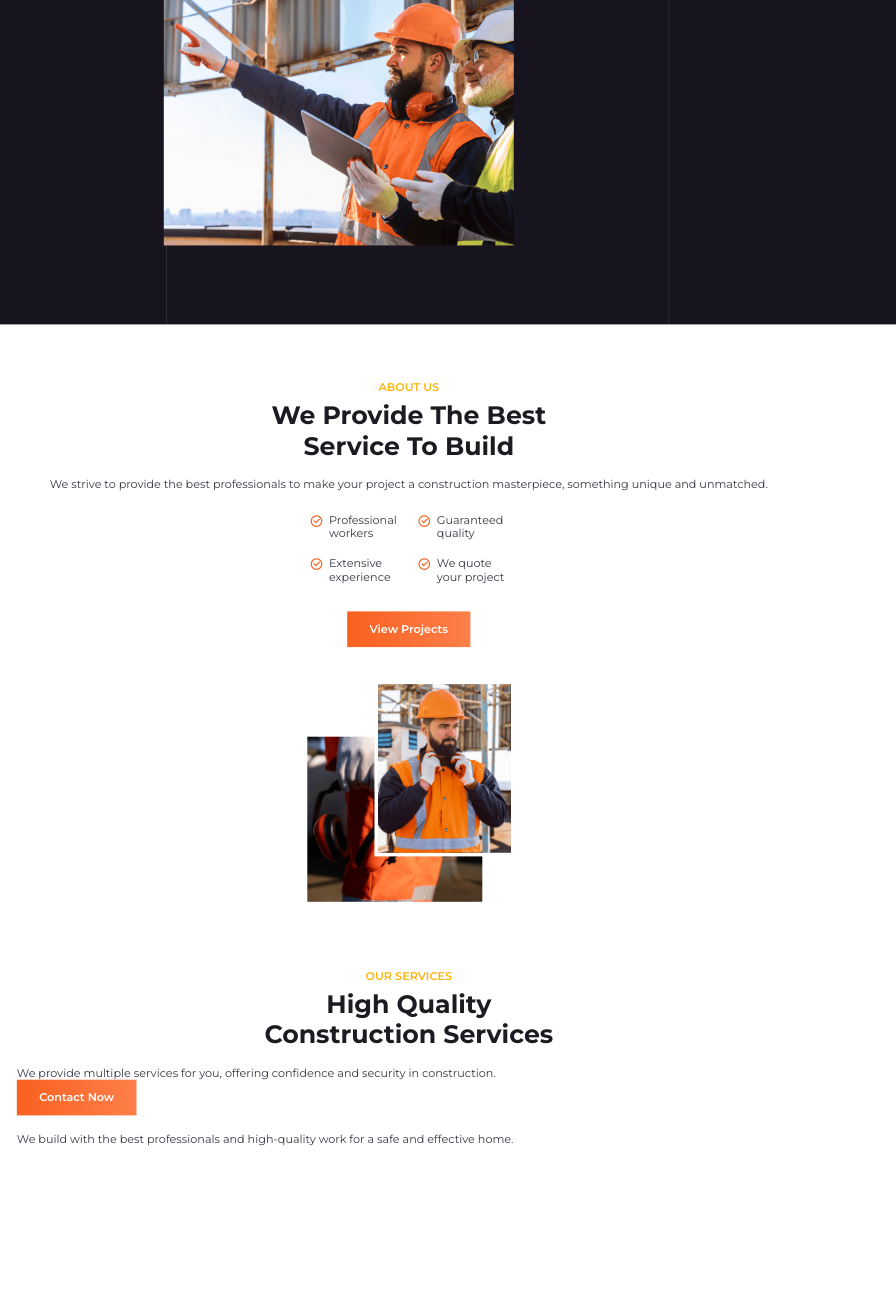
Repository: douglasabnovato/construction
Page: index.html
These files come from the project's save history. The page is drawn as it stood at one moment and after the next save; the edit follows.
The browser window is 1280 px wide. The pictures show the part of the page from y = 1359 to 3279 px (the page is 3203 px tall before and 3279 px after), at 70% of full size.

Above is the page before, as saved 2025-05-01 12:47:23.

### index.html
<!DOCTYPE html>
<html lang="en">
  <head>
    <meta charset="UTF-8" />
    <meta name="viewport" content="width=device-width, initial-scale=1.0" />

    <!--=============== FAVICON ===============-->
    <link
      rel="shortcut icon"
      href="assets/img/favicon.png"
      type="image/x-icon"
    />

    <!--=============== REMIXICONS ===============-->
    <link
      rel="stylesheet"
      href="https://cdnjs.cloudflare.com/ajax/libs/remixicon/4.2.0/remixicon.css"
    />

    <!--=============== SWIPER CSS ===============-->
    <link rel="stylesheet" href="" />

    <!--=============== CSS ===============-->
    <link rel="stylesheet" href="assets/css/styles.css" />

    <title>Construction</title>
  </head>
  <body>
    <!--==================== HEADER ====================-->
    <header class="header bg-header" id="header">
      <nav class="nav container">
        <a href="#" class="nav__logo">
          <i class="ri-bulding-3-line"></i>
          <span>Construct</span>
        </a>
        <div class="nav__menu" id="nav-menu">
          <u class="nav__list">
            <li>
              <a href="#home" class="nav__link">Home</a>
            </li>
            <li>
              <a href="#aboutus" class="nav__link"> About Us</a>
            </li>
            <li>
              <a href="#services" class="nav__link"> Services</a>
            </li>
            <li>
              <a href="#projects" class="nav__link"> Projects</a>
            </li>
            <li>
              <a href="#contactus" class="nav__link button"> Contact Us</a>
            </li>
          </u>
          <!-- Close Button -->
          <div class="nav__close" id="nav-close">
            <i class="ri-close-large-line"></i>
          </div>
        </div>
        <!-- Toggle menu -->
        <div class="nav__toggle" id="nav-toggle">
          <i class="ri-apps-2-line"></i>
        </div>
      </nav>
    </header>

    <!--==================== MAIN ====================-->
    <main class="main">
      <!--==================== HOME ====================-->
      <section class="home section" id="home">
        <img
          src="./assets/img/home-lines-bg.svg"
          alt="image"
          class="home__lines"
        />
        <div class="home__container container grid">
          <div class="home__container grid">
            <div class="home__data">
              <h1 class="home__title">
                Create The<br />
                Constructions<br />
                You Want Here
              </h1>
              <p class="home__description">
                We provide the best home design, construction and maintenance
                services for you and your family.
              </p>
              <div class="home__buttons">
                <a href="#services" class="button">Our Services</a>
                <a href="#projects" class="button__link"
                  ><span>View Projects</span> <i class="ri-arrow-right-line"></i
                ></a>
              </div>
            </div>
            <div class="home__info">
              <div>
                <h3 class="home__info-title">10+</h3>
                <p class="home__info-description">
                  Years of <br />
                  Experience
                </p>
              </div>
              <div>
                <h3 class="home__info-title">200</h3>
                <p class="home__info-description">
                  Complete <br />
                  Projects
                </p>
              </div>
            </div>
          </div>
          <div class="home__images">
            <img src="./assets/img/home-img-1.png" alt="imagem" />
            <img src="./assets/img/home-img-2.png" alt="imagem" />
          </div>
        </div>
      </section>

      <!--==================== ABOUT ====================-->
      <section class="about section" id="about">
        <div class="about__container container grid">
          <div class="about__data">
            <span class="section__subtitle">ABOUT US</span>
            <h2 class="section__title">
              We Provide The Best <br />
              Service To Build
            </h2>
            <p class="about__description">
              We strive to provide the best professionals to make your project a
              construction masterpiece, something unique and unmatched.
            </p>
            <ul class="about__list grid">
              <li class="about__list-item">
                <i class="ri-checkbox-circle-line"></i>
                <span>Professional workers</span>
              </li>
              <li class="about__list-item">
                <i class="ri-checkbox-circle-line"></i>
                <span>Guaranteed quality</span>
              </li>
              <li class="about__list-item">
                <i class="ri-checkbox-circle-line"></i>
                <span>Extensive experience</span>
              </li>
              <li class="about__list-item">
                <i class="ri-checkbox-circle-line"></i>
                <span>We quote your project</span>
              </li>
            </ul>
            <a href="#" class="button">View Projects</a>
          </div>
          <div class="about__images">
            <img
              src="./assets/img/about-img-1.png"
              alt="image"
              class="about__img-1"
            />
            <img
              src="./assets/img/about-img-2.png"
              alt="image"
              class="about__img-2"
            />
          </div>
        </div>
      </section>

      <!--==================== SERVICES ====================-->
      <section class="services section" id="services">
        <div class="services__container container grid">
          <div class="services__data">
            <div>
              <span class="section__subtitle">OUR SERVICES</span>
              <h2 class="section__title">
                High Quality <br />
                Construction Services
              </h2>
            </div>
            <p class="services__description">
              We provide multiple services for you, offering confidence and
              security in construction.
            </p>
            <a href="#contact" class="button">Contact Now</a>
          </div>
          <div class="services__swiper">
            <div>
              <article class="services__card">
                <div class="services__icon"></div>
                <h3 class="services__title"></h3>
                <p>
                  We build with the best professionals and high-quality work for
                  a safe and effective home.
                </p>
              </article>
            </div>
          </div>
          <!-- Navigation buttons -->
        </div>
        <div class="services__shape"></div>
      </section>

      <!--==================== PROJECTS ====================-->
      <section class="projects section" id="projects"></section>

      <!--==================== CONTACT ====================-->
      <section class="contact section" id="contact"></section>
    </main>

    <!--==================== FOOTER ====================-->
    <footer class="footer"></footer>

    <!--========== SCROLL UP ==========-->

    <!--=============== SCROLLREVEAL ===============-->
    <script src=""></script>

    <!--=============== SWIPER JS ===============-->
    <script src=""></script>

    <!--=============== MAIN JS ===============-->
    <script src="assets/js/main.js"></script>
  </body>
</html>

### assets/css/styles.css
/*=============== GOOGLE FONTS ===============*/
@import url("https://fonts.googleapis.com/css2?family=Montserrat:wght@100..900&display=swap");

/*=============== VARIABLES CSS ===============*/
:root {
  --header-height: 3.5rem;

  /*========== Colors ==========*/
  /*Color mode HSL(hue, saturation, lightness)*/
  --first-color: hsl(18, 95%, 55%);
  --second-color: hsl(42, 98%, 52%);
  --first-gradient: linear-gradient(
    90deg,
    hsl(18, 95%, 55%),
    hsl(18, 98%, 64%)
  );
  --title-color: hsl(255, 12%, 12%);
  --text-color: hsl(225, 12%, 24%);
  --text-color-light: hsl(255, 4%, 70%);
  --body-color: hsl(0, 0%, 100%);
  --container-color: hsl(0, 0%, 100%);
  --white-color: hsl(0, 0%, 100%);
  --black-color: hsl(255, 20%, 10%);
  --gray-border: hsl(255, 6%, 90%);
  --black-border: hsl(255, 10%, 20%);

  /*========== Font and typography ==========*/
  /*.5rem = 8px | 1rem = 16px ...*/
  --body-font: "Montserrat", sans-serif;
  --big-font-size: 2.25rem;
  --h1-font-size: 1.5rem;
  --h2-font-size: 1.25rem;
  --h3-font-size: 1rem;
  --normal-font-size: 0.938rem;
  --small-font-size: 0.813rem;

  /*========== Font weight ==========*/
  --font-regular: 400;
  --font-medium: 500;
  --font-semi-bold: 600;
  --font-bold: 700;

  /*========== z index ==========*/
  --z-tooltip: 10;
  --z-fixed: 100;
}

/*========== Responsive typography ==========*/
@media screen and (min-width: 1150px) {
  :root {
    --big-font-size: 3.5rem;
    --h1-font-size: 2.25rem;
    --h2-font-size: 1.5rem;
    --h3-font-size: 1.25rem;
    --normal-font-size: 1rem;
    --small-font-size: 0.875rem;
  }
}

/*=============== BASE ===============*/
* {
  box-sizing: border-box;
  padding: 0;
  margin: 0;
}

html {
  scroll-behavior: smooth;
}

body {
  font-family: var(--body-font);
  font-size: var(--normal-font-size);
  background-color: var(--body-color);
  color: var(--text-color);
}

h1,
h2,
h3,
h4 {
  color: var(--title-color);
  font-weight: var(--font-semi-bold);
}

ul {
  list-style: none;
}

a {
  text-decoration: none;
}

img {
  display: block;
  max-width: 100%;
  height: auto;
}

/*=============== REUSABLE CSS CLASSES ===============*/
.container {
  max-width: 1120px;
  margin-inline: 1.5rem;
}

.grid {
  display: grid;
  gap: 1.5rem;
}

.section {
  padding-block: 5rem 1rem;
}
.section__title,
.section__subtitle {
  text-align: center;
}

.section__title {
  font-size: var(--h1-font-size);
  font-weight: var(--font-bold);
  margin-bottom: 1.5rem;
}

.section__subtitle {
  display: block;
  font-size: var(--normal-font-size);
  font-weight: var(--font-semi-bold);
  color: var(--second-color);
  margin-bottom: 0.5rem;
}

.main {
  overflow: hidden;
}

/*=============== HEADER & NAV ===============*/
.header {
  position: fixed;
  width: 100%;
  top: 0;
  left: 0;
  background-color: transparent;
  z-index: var(--z-fixed);
  transition: background-color .4s;
}

.nav {
  position: relative;
  height: var(--header-height);
  display: flex;
  justify-content: space-between;
  align-items: center;
}

.nav__logo {
  display: flex;
  align-items: center;
  column-gap: 0.25rem;
}

.nav__logo span {
  color: var(--white-color);
  font-weight: var(--font-semi-bold);
  transition: color 0.4s;
}

.nav__logoi i {
  color: var(--first-color);
  font-size: 1.5rem;
}

.nav__toggle,
.nav__close {
  font-size: 1.5rem;
  color: var(--white-color);
  cursor: pointer;
  transition: color 0.4s;
}

/* Navigation for mobile devices */
@media screen and (max-width: 1150px) {
  .nav__menu {
    position: fixed;
    top: 0;
    right: -100%;
    background-color: var(--black-color);
    width: 80%;
    height: 100%;
    padding: 7.5rem 3.5rem 0;
    border-left: 2px solid var(--black-border);
    transition: right 0.4s;
  }
}

.nav__list {
  display: flex;
  flex-direction: column;
  row-gap: 4rem;
}

.nav__link {
  color: var(--text-color-light);
  font-weight: var(--font-semi-bold);
  transition: color 0.4s;
}

.nav__link:hover {
  color: var(--first-color);
}

.nav__close {
  position: absolute;
  top: 1rem;
  right: 1.5rem;
}

/* Show menu */
.show-menu {
  right: 0;
}

/* Change background header */
.bg-header{
  background-color: var(--body-color);
  box-shadow: 0 4px 16px hsla(255, 90%, 8%, .1);
}

.bg-header .nav__logo span,
.bg-header .nav__toggle{
  color: var(--title-color);
}

/* Active link */

/*=============== HOME ===============*/
.home {
  position: relative;
  background-color: var(--black-color);
}

.home__container {
  position: relative;
  row-gap: 3rem;
  padding-block: 2.5rem 6rem;
}

.home__content {
  row-gap: 2.5rem;
}

.home__data {
  text-align: center;
}

.home__title {
  color: var(--white-color);
  font-size: var(--big-font-size);
  font-weight: var(--font-bold);
  margin-bottom: 1rem;
}

.home__description{
  margin-bottom: 2.5rem;
  color: var(--text-color-light);
}

.home_buttons{
  display: flex;
  justify-content: center;
  align-items: center;
  gap: 1rem;
}

.home__info{
  display: flex;
  justify-content: center;
  column-gap: 4.5rem;
}

.home__info-title{
  color: var(--second-color);
  font-size: var(--big-font-size);
  font-weight: var(--font-bold);
  margin-bottom: .5rem;
}

.home__info-description{
  font-size: var(--small-font-size);
  color: var(--white-color);
}

.home__images{
  position: relative;
  justify-self: center;
}

.home__img-1{
  width: 250px;
  margin-left: 3.5rem;
}

.home__img-2{
  width: 150px;
  border: 5px solid var(--black-color);
  position: absolute;
  left: 0;
  bottom: -3.5rem;
}

.home__lines{
  position: absolute;
  top: 0;
  left: 0;
  width: 100%;
  height: 100%;
  object-fit: cover;
  object-position: right;
}

/*=============== BUTTON ===============*/
.button {
  display: inline-flex;
  background: var(--first-gradient);
  color: var(--white-color);
  font-weight: var(--font-semi-bold);
  padding: 1rem 2rem;
  transition: box-shadow .4s;
}

.button:hover{
  box-shadow: 0 8px 32px hsla(18, 95%, 55%, .3);
  color: var(--white-color);
}

.button__link {
  display: flex;
  align-items: center;
  column-gap: .25rem;
  color: var(--first-color);
}

.button__link span{
  font-weight: var(--font-semi-bold);
}

.button__link i {
  font-size: 1.5rem;
  transition: transform .4s;
}

.button__link:hover i {
  transform: translateX(.25rem)
}

/*=============== ABOUT ===============*/
.about__container {
  row-gap: 8rem;
}

.about__data {
  text-align: center;
}

.about__description {
  margin-bottom: 2rem;
}

.about__list {
  text-align: initial;
  grid-template-columns: repeat(2, 130px);
  justify-content: center;
  gap: 1.5rem;
  margin-bottom: 2.5rem;
}

.about__list-item {
  display: flex;
  column-gap: .5rem;
  color: var(--tittle-color);
}

.about__list-item i {
  font-size: 1.25rem;
  color: var(--first-color);
}

.about__images{
  position: relative;
  justify-self: center;
}

.about__img-1 {
  width: 200px;
  border: 5px solid var(--body-color);
  position: absolute;
  top: -5rem;
  left: 6rem;
}

.about__img-2 {
  width: 250px;
  margin-right: 2.5rem;
}


/*=============== SERVICES ===============*/

/* Swiper class */

/*=============== PROJECTS ===============*/

/*=============== CONTACT ===============*/

/*=============== FOOTER ===============*/

/*=============== SCROLL BAR ===============*/

/*=============== SCROLL UP ===============*/

/* Show Scroll Up */

/*=============== BREAKPOINTS ===============*/
/* For small devices */

/* For medium devices */

/* For large devices */

### assets/js/main.js
/*=============== SHOW MENU ===============*/
const navMenu = document.getElementById('nav-menu'),
      navToggle = document.getElementById('nav-toggle'),
      navClose = document.getElementById('nav-close')

/* Menu show */
if(navToggle){
    navToggle.addEventListener('click', () =>{
        navMenu.classList.add('show-menu')
    })
}

/* Menu hidden */
if(navClose){
    navClose.addEventListener('click', () =>{
        navMenu.classList.remove('show-menu')
    })
}

/*=============== REMOVE MENU MOBILE ===============*/
const navLink = document.querySelectorAll('.nav__link')

const linkAction = () =>{
    const navMenu = document.getElementById('nav-menu')
    // When we click on each nav__link, we remove the show-menu class
    navMenu.classList.remove('show-menu')
}
navLink.forEach(n => n.addEventListener('click', linkAction))


/*=============== CHANGE BACKGROUND HEADER ===============*/
const bgHeader = () =>{
    const header = document.getElementById('header')
    // Add a class if the bottom offset is greater than 50 of the viewport
    this.scrollY >= 50 ? header.classList.add('bg-header')
                       : header.classList.remove('bg-header')
}
window.addEventListener('scroll', bgHeader)
bgHeader()

/*=============== SWIPER SERVICES ===============*/

/*=============== SHOW SCROLL UP ===============*/

/*=============== SCROLL SECTIONS ACTIVE LINK ===============*/

/*=============== SCROLL REVEAL ANIMATION ===============*/

After the next save:
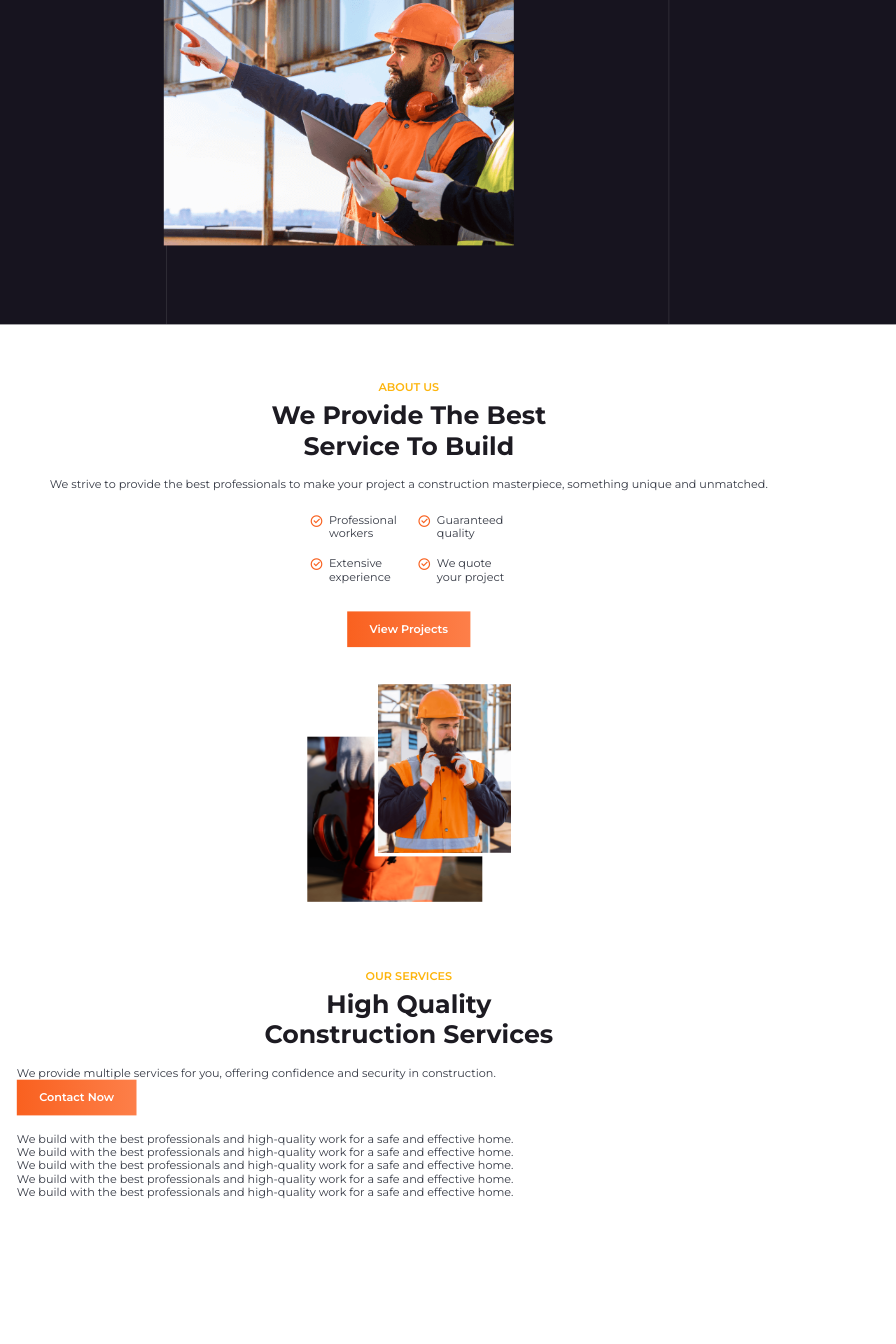
Saved 31 s later.
--- a/index.html
+++ b/index.html
@@ -190,6 +190,38 @@
                   a safe and effective home.
                 </p>
               </article>
+              <article class="services__card">
+                <div class="services__icon"></div>
+                <h3 class="services__title"></h3>
+                <p>
+                  We build with the best professionals and high-quality work for
+                  a safe and effective home.
+                </p>
+              </article>
+              <article class="services__card">
+                <div class="services__icon"></div>
+                <h3 class="services__title"></h3>
+                <p>
+                  We build with the best professionals and high-quality work for
+                  a safe and effective home.
+                </p>
+              </article>
+              <article class="services__card">
+                <div class="services__icon"></div>
+                <h3 class="services__title"></h3>
+                <p>
+                  We build with the best professionals and high-quality work for
+                  a safe and effective home.
+                </p>
+              </article>
+              <article class="services__card">
+                <div class="services__icon"></div>
+                <h3 class="services__title"></h3>
+                <p>
+                  We build with the best professionals and high-quality work for
+                  a safe and effective home.
+                </p>
+              </article>
             </div>
           </div>
           <!-- Navigation buttons -->
